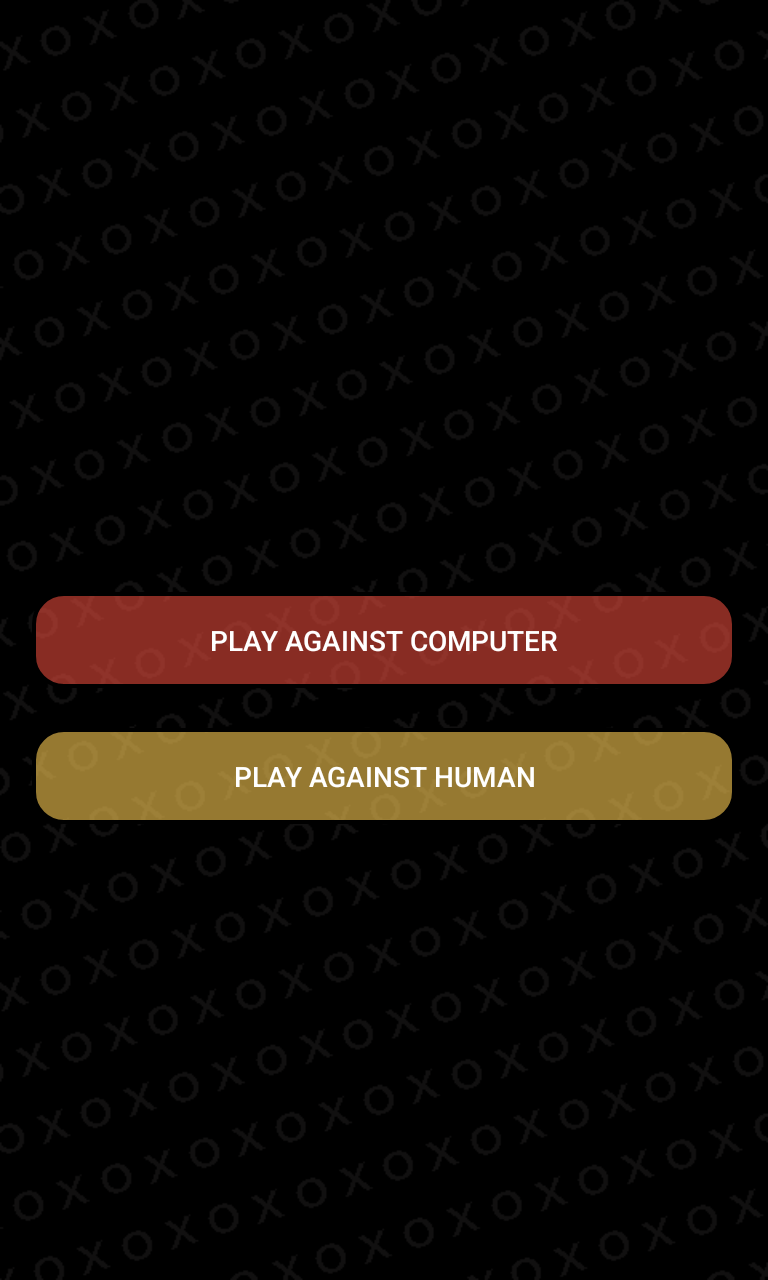
Repository: Dsupreme/MC_tictactoe
Layout: basicgrid/res/layout/activity_game_mode.xml
The author's editor kept a copy of each file at every save. The layout is drawn from the files as they stood at one save, then again after the next save.
It is drawn on a 768 x 1280 px phone screen (xhdpi) without system bars, with theme AppTheme; the app's code is not run.

Above is the layout before, as saved 2014-12-02 06:37:08.

After the next save:
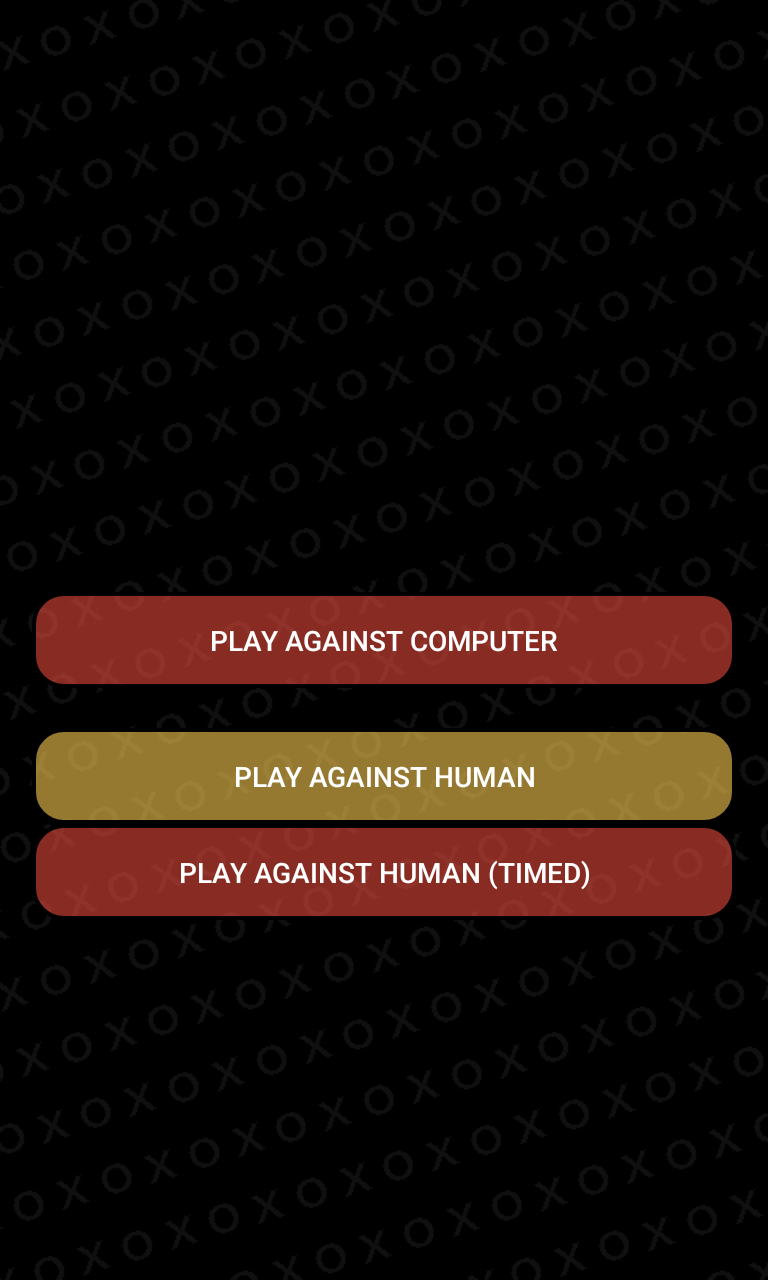
Saved 4 min 9 s later.
--- a/basicgrid/res/layout/activity_game_mode.xml
+++ b/basicgrid/res/layout/activity_game_mode.xml
@@ -38,4 +38,14 @@
         android:text="Play Against Human"
         android:textColor="#FFF"/>
 
+    <Button
+        android:id="@+id/multiPlayerTimed"
+        android:layout_width="match_parent"
+        android:layout_height="wrap_content"
+        android:layout_below="@+id/multiPlayer"
+        android:background="@drawable/button_states_peach"
+        android:gravity="center"
+        android:text="Play Against Human (Timed)"
+        android:textColor="#FFF"/>
+
 </RelativeLayout>
